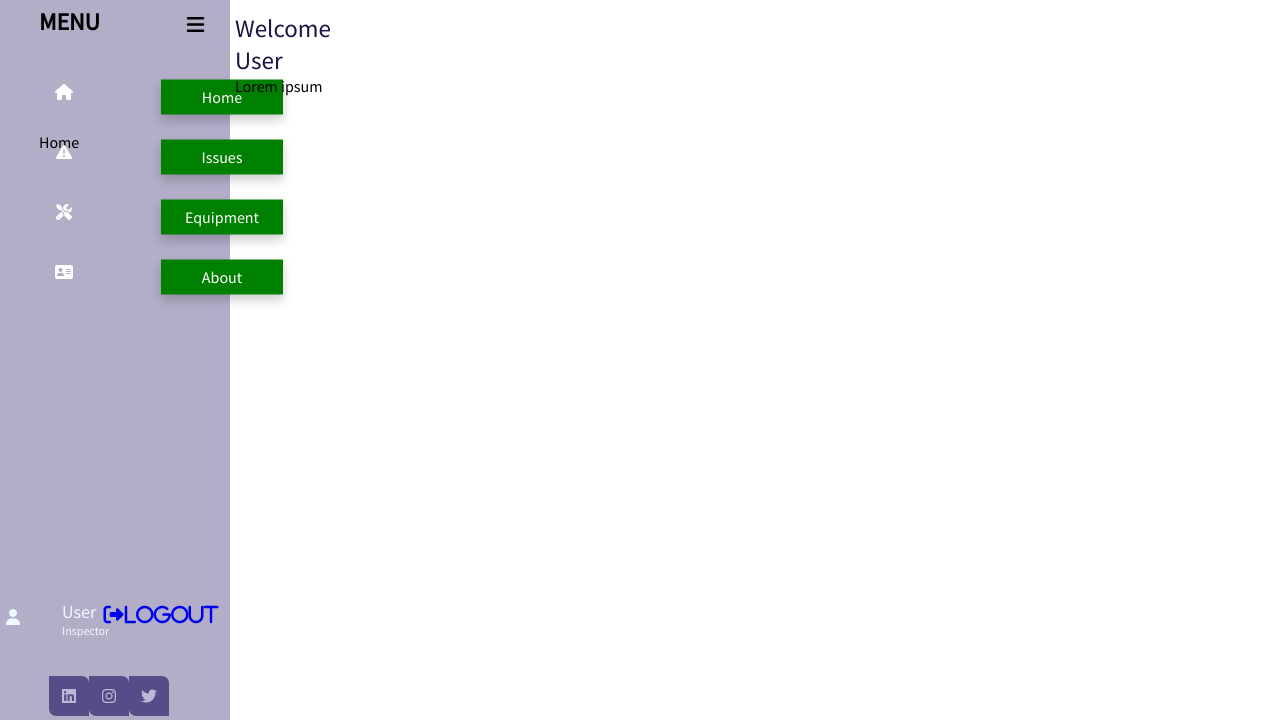
Repository: Lungdjos/ZescoIssueTS
Page: zits/src/main/resources/templates/about_us.html
An editor plug-in stored every save of this project. The page is shown before and after a run of saves, followed by the edit.
The browser window is 1280 px wide. The pictures show the whole page.
Some web libraries are served in a nearby version.

Above is the page before, as saved 2021-07-10 04:52:07.

After the next 2 saves:
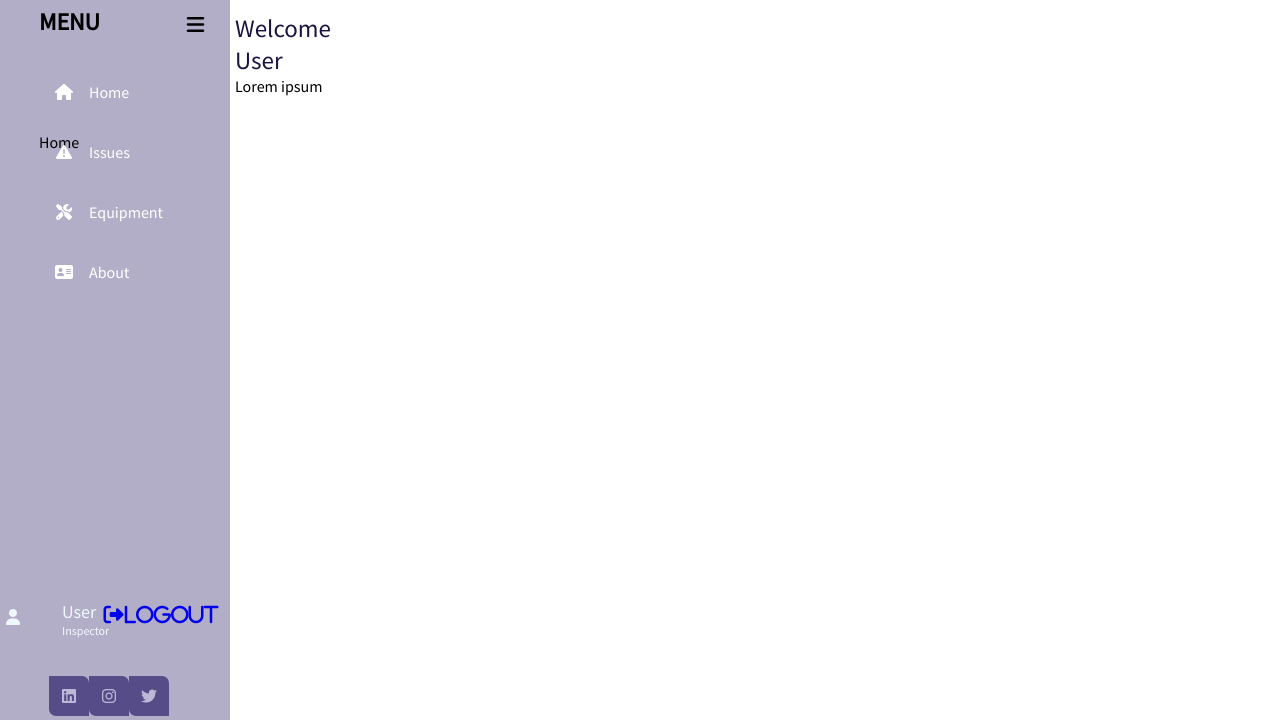
The 2 saves are shown as one change because they came seconds apart.
The last was saved 13 s later.
--- a/zits/src/main/resources/templates/css/styles.css
+++ b/zits/src/main/resources/templates/css/styles.css
@@ -96,7 +96,7 @@
     border-radius: 12px;
 }
 
-.sidebar ul li a .links_name {
+.sidebar ul li a .tooltip {
     position: absolute;
     height: 35px;
     width: 122px;
